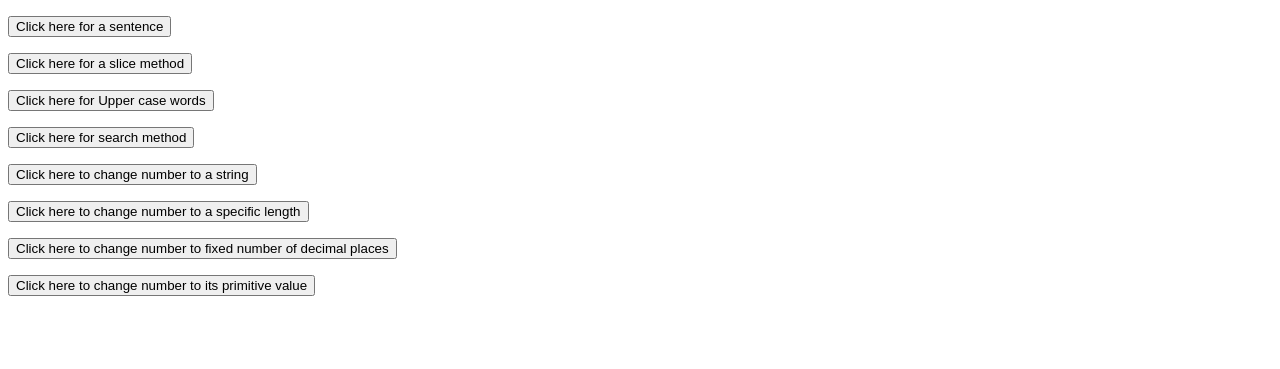
Repository: andyd71/Javascript-Projects
Page: Basic Javascript Projects/Project8_string_methods/index.html
These files come from the project's save history. The page is drawn as it stood at one moment and after the next save; the edit follows.
The browser window is 1280 px wide. The pictures show the whole page.
After loading, the first visible `button[onclick="value_Method()"]` was clicked once.

Above is the page before, as saved 2021-03-04 12:27:39.
Console error: ReferenceError: value_Method is not defined

After the next save:
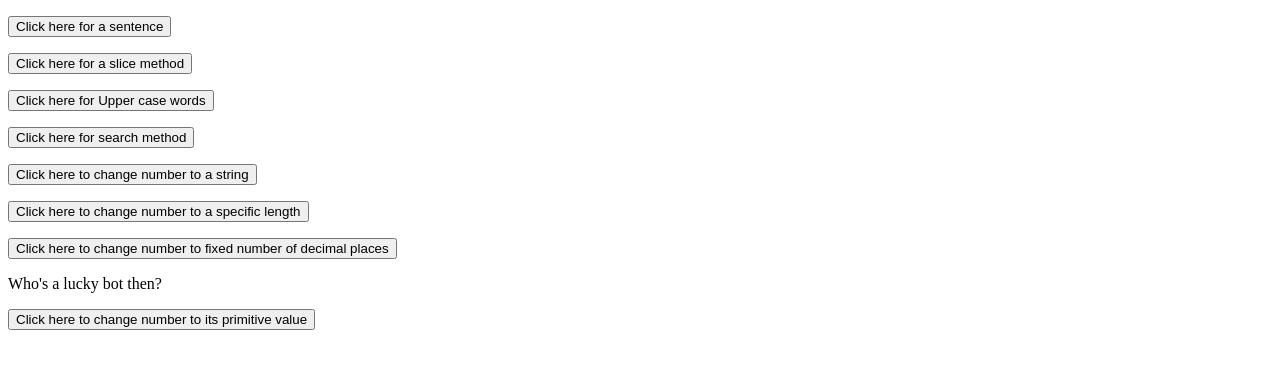
The error is gone.
Saved 4 min 29 s later.
--- a/Basic Javascript Projects/Project8_string_methods/JS/main.js
+++ b/Basic Javascript Projects/Project8_string_methods/JS/main.js
@@ -42,3 +42,9 @@
     var fix = num.toFixed(3);
     document.getElementById("Fix").innerHTML = fix;
 }
+
+function value_Method() {
+    var str = "Who's a lucky bot then?";
+    var res = str.valueOf();
+    document.getElementById("Value").innerHTML = res;
+}
